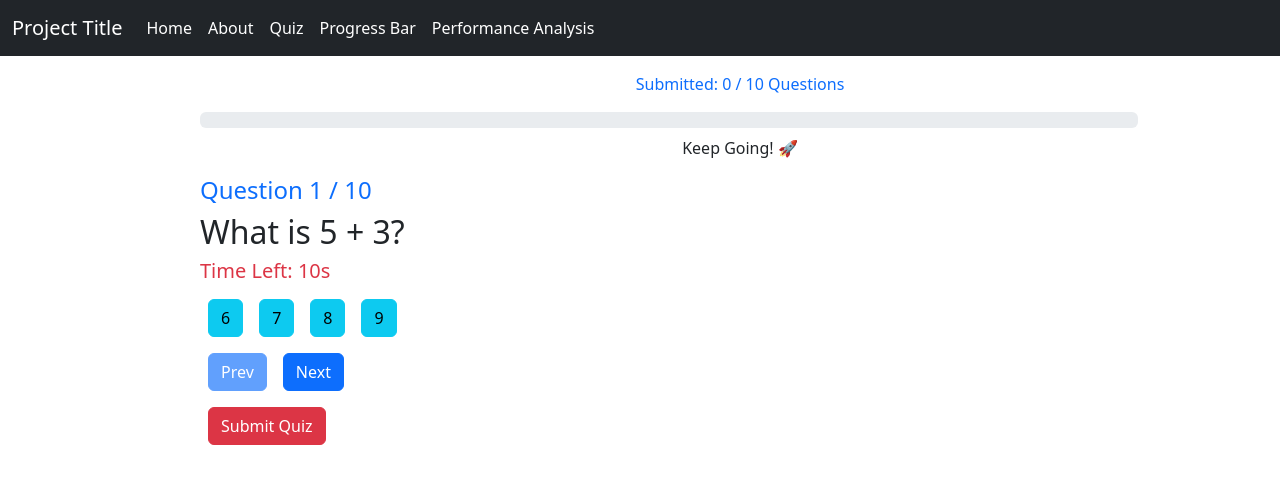
Repository: rahul-chakradhari/devquest
Page: /quiz (app in project/)
The author's editor kept a copy of each file at every save. The page is drawn from the files as they stood at one save, then again after the next save.
The browser window is 1280 px wide. The pictures show the whole page.
The project was rebuilt for these pictures with package versions that can differ from the ones it lists, and the page was loaded fresh each time. Also part of the build but not shown: project/vite.config.js, project/src/components/Home.jsx, project/src/components/About.jsx, project/src/components/PerformanceAnalysis.jsx, project/src/index.css.

Above is the page before, as saved 2025-02-23 16:10:13.

### project/index.html
<!DOCTYPE html>
<html lang="en">
  <head>
    <meta charset="UTF-8" />
    <link rel="icon" type="image/svg+xml" href="/vite.svg" />
    <meta name="viewport" content="width=device-width, initial-scale=1.0" />
    <title>Project</title>
    <link
      href="https://cdn.jsdelivr.net/npm/bootstrap@5.3.3/dist/css/bootstrap.min.css"
      rel="stylesheet"
      integrity="sha384-QWTKZyjpPEjISv5WaRU9OFeRpok6YctnYmDr5pNlyT2bRjXh0JMhjY6hW+ALEwIH"
      crossorigin="anonymous"
    />
  </head>
  <body>
    <div id="root"></div>
    <script type="module" src="/src/main.jsx"></script>
    <script
      src="https://cdn.jsdelivr.net/npm/bootstrap@5.3.3/dist/js/bootstrap.bundle.min.js"
      integrity="sha384-YvpcrYf0tY3lHB60NNkmXc5s9fDVZLESaAA55NDzOxhy9GkcIdslK1eN7N6jIeHz"
      crossorigin="anonymous"
    ></script>
  </body>
</html>

### project/src/App.jsx
import { useState } from "react";
import "./App.css";
import React from "react";
import { BrowserRouter as Router, Routes, Route } from "react-router-dom";
import Navbar from "./components/Navbar";
import Home from "./components/Home";
import About from "./components/About";
import Quiz from "./components/Quiz";
import ProgressBar from "./components/ProgressBar";
import PerformanceAnalysis from "./components/PerformanceAnalysis";

function App() {
  const [count, setCount] = useState(0);

  return (
    <>
      <Router>
        <Navbar />
        <Routes>
          <Route path="/about" element={<About />} />
          <Route path="/" element={<Home />} />
          <Route path="/quiz" element={<Quiz />} />
          <Route path="/bar" element={<ProgressBar />} />
          <Route path="/ana" element={<PerformanceAnalysis />} />
        </Routes>
      </Router>
    </>
  );
}

export default App;

### project/src/App.css
.right {
  width: 900px;
  height: 400px;
}
.stl,
.welcome {
  margin-left: 600px;
}
.left {
  font-size: 12px; /* Overall text size kam hoga */
}

.welcome {
  font-size: 18px; /* Heading ke liye */
}

.stl {
  font-size: 12px; /* Description text ke liye */
}
.welcome {
  margin-top: 2px;
}

.quiz-container {
  margin-left: 200px;
  margin-top: 12px;
}
.about {
  margin-left: 12px;
  margin-top: 12px;
}
.progress {
  margin-right: 142px;
}

### project/src/components/Navbar.jsx
import React from "react";
import { Link, useNavigate } from "react-router-dom";

const Navbar = () => {
  const navigate = useNavigate();
  const isLoggedIn = localStorage.getItem("token"); // Check if token exists

  const handleLogout = () => {
    localStorage.removeItem("token");
    navigate("/login");
  };

  return (
    <div>
      <nav className="navbar navbar-expand-lg navbar-dark bg-dark">
        <div className="container-fluid">
          <a className="navbar-brand" href="#">
            Project Title
          </a>
          <button
            className="navbar-toggler"
            type="button"
            data-bs-toggle="collapse"
            data-bs-target="#navbarSupportedContent"
            aria-controls="navbarSupportedContent"
            aria-expanded="false"
            aria-label="Toggle navigation"
          >
            <span className="navbar-toggler-icon"></span>
          </button>
          <div className="collapse navbar-collapse" id="navbarSupportedContent">
            <ul className="navbar-nav me-auto mb-2 mb-lg-0">
              <li className="nav-item">
                <Link className="nav-link active" aria-current="page" to="/">
                  Home
                </Link>
              </li>
              <li className="nav-item">
                <Link
                  className="nav-link active"
                  aria-current="page"
                  to="/about"
                >
                  About
                </Link>
              </li>
              <li className="nav-item">
                <Link
                  className="nav-link active"
                  aria-current="page"
                  to="/quiz"
                >
                  Quiz
                </Link>
              </li>
              <li className="nav-item">
                <Link className="nav-link active" aria-current="page" to="/bar">
                  Progress Bar
                </Link>
              </li>
              <li className="nav-item">
                <Link className="nav-link active" aria-current="page" to="/ana">
                  Performance Analysis
                </Link>
              </li>
            </ul>
          </div>
        </div>
      </nav>
    </div>
  );
};

export default Navbar;

### project/src/components/Quiz.jsx
import React, { useState, useEffect } from "react";
import ProgressBar from "./ProgressBar";

const questions = [
  { question: "What is 5 + 3?", options: ["6", "7", "8", "9"], answer: "8" },
  { question: "What is 12 - 4?", options: ["6", "7", "8", "9"], answer: "8" },
  {
    question: "Solve: (2 + 3) × 4",
    options: ["20", "10", "25", "30"],
    answer: "20",
  },
  { question: "What is 9 ÷ 3?", options: ["1", "3", "9", "6"], answer: "3" },
  {
    question: "Solve: 15 - (4 + 3)",
    options: ["6", "8", "9", "12"],
    answer: "8",
  },
  {
    question: "What is 7 × 2?",
    options: ["10", "12", "14", "16"],
    answer: "14",
  },
  {
    question: "Solve: (8 + 2) ÷ 2",
    options: ["2", "4", "5", "6"],
    answer: "5",
  },
  {
    question: "What is 4 × 3 - 2?",
    options: ["10", "11", "12", "14"],
    answer: "10",
  },
  { question: "Solve: 6 + 4 ÷ 2", options: ["3", "5", "8", "10"], answer: "8" },
  { question: "What is 3²?", options: ["6", "9", "12", "15"], answer: "9" },
];

const Quiz = () => {
  const [currentQuestion, setCurrentQuestion] = useState(0);
  const [selectedAnswers, setSelectedAnswers] = useState({});
  const [timeLeft, setTimeLeft] = useState(10);
  const [score, setScore] = useState(null);
  const [showFeedback, setShowFeedback] = useState(false);

  useEffect(() => {
    if (timeLeft === 0) {
      handleNext();
      return;
    }
    const timer = setTimeout(() => setTimeLeft(timeLeft - 1), 1000);
    return () => clearTimeout(timer);
  }, [timeLeft]);

  useEffect(() => {
    setTimeLeft(15);
  }, [currentQuestion]);

  const handleNext = () => {
    if (currentQuestion < questions.length - 1) {
      setCurrentQuestion(currentQuestion + 1);
    }
  };

  const handlePrev = () => {
    if (currentQuestion > 0) {
      setCurrentQuestion(currentQuestion - 1);
    }
  };

  const handleAnswerClick = (option) => {
    setSelectedAnswers({
      ...selectedAnswers,
      [currentQuestion]: option,
    });
  };

  const handleSubmit = () => {
    let calculatedScore = 0;
    questions.forEach((q, index) => {
      if (selectedAnswers[index] === q.answer) {
        calculatedScore += 1;
      }
    });

    setScore(calculatedScore);
    setShowFeedback(true);
  };

  const getFeedback = () => {
    if (score >= 8)
      return { message: "🎉 Excellent! Keep it up!", color: "text-success" };
    if (score >= 5)
      return {
        message: "🙂 Average scorer! You can do better!",
        color: "text-warning",
      };
    return {
      message: "😟 Low grade! Please improve yourself.",
      color: "text-danger",
    };
  };

  return (
    <div className="quiz-container">
      {/* Progress Bar Showing Live Updates */}
      <ProgressBar
        answeredQuestions={Object.keys(selectedAnswers).length}
        totalQuestions={questions.length}
      />

      {score === null ? (
        <>
          <h4 className="text-primary">
            Question {currentQuestion + 1} / {questions.length}
          </h4>
          <h2>{questions[currentQuestion].question}</h2>
          <h5 className="text-danger">Time Left: {timeLeft}s</h5>

          <div className="options mt-3">
            {questions[currentQuestion].options.map((option, index) => {
              const isSelected = selectedAnswers[currentQuestion] === option;
              return (
                <button
                  key={index}
                  type="button"
                  className={`btn ${
                    isSelected ? "btn-success" : "btn-info"
                  } mx-2`}
                  onClick={() => handleAnswerClick(option)}
                >
                  {option}
                </button>
              );
            })}
          </div>

          {/* Navigation Buttons */}
          <div className="quiz-controls mt-3">
            <button
              type="button"
              className="btn btn-primary mx-2"
              onClick={handlePrev}
              disabled={currentQuestion === 0}
            >
              Prev
            </button>

            {/* Next Button - Hidden on Last Question */}
            {currentQuestion < questions.length - 1 && (
              <button
                type="button"
                className="btn btn-primary mx-2"
                onClick={handleNext}
              >
                Next
              </button>
            )}
          </div>

          {/* Always Available Submit Button */}
          <div className="submit-section mt-3">
            <button
              type="button"
              className="btn btn-danger mx-2"
              onClick={handleSubmit}
            >
              Submit Quiz
            </button>
          </div>
        </>
      ) : (
        <>
          <h2 className="text-success">Quiz Completed!</h2>
          <h3 className="text-primary">
            Your Score: {score} / {questions.length}
          </h3>
          <h4 className={getFeedback().color}>{getFeedback().message}</h4>

          <div className="feedback mt-3">
            {questions.map((q, index) => (
              <p
                key={index}
                className={`text-${
                  selectedAnswers[index] === q.answer ? "success" : "danger"
                }`}
              >
                {index + 1}. {q.question} -{" "}
                {selectedAnswers[index] === q.answer
                  ? " ✅ Correct"
                  : ` ❌ Incorrect (Correct: ${q.answer})`}
              </p>
            ))}
          </div>

          <button
            type="button"
            className="btn btn-warning mt-3"
            onClick={() => window.location.reload()}
          >
            Restart Quiz
          </button>
        </>
      )}
    </div>
  );
};

export default Quiz;

### project/src/components/ProgressBar.jsx
import React from "react";

const ProgressBar = ({ answeredQuestions, totalQuestions }) => {
  const progressPercentage = (answeredQuestions / totalQuestions) * 100;

  // Dynamic Feedback
  let feedbackMessage = "Keep Going! 🚀";
  if (progressPercentage === 100) {
    feedbackMessage = "🎉 Quiz Completed! Well Done!";
  } else if (progressPercentage >= 50) {
    feedbackMessage = "Halfway There! Keep It Up! 💪";
  }

  return (
    <div className="my-3">
      {/* Progress Info */}
      <p className="text-center text-primary">
        Submitted: {answeredQuestions} / {totalQuestions} Questions
      </p>

      {/* Progress Bar */}
      <div className="progress">
        <div
          className="progress-bar progress-bar-striped bg-success"
          role="progressbar"
          style={{ width: `${progressPercentage}%` }}
          aria-valuenow={progressPercentage}
          aria-valuemin="0"
          aria-valuemax="100"
        >
          {Math.round(progressPercentage)}%
        </div>
      </div>

      {/* Feedback Message */}
      <p className="text-center mt-2 font-weight-bold">{feedbackMessage}</p>
    </div>
  );
};

export default ProgressBar;

Loaded but not shown: project/src/main.jsx (common file)

After the next save:
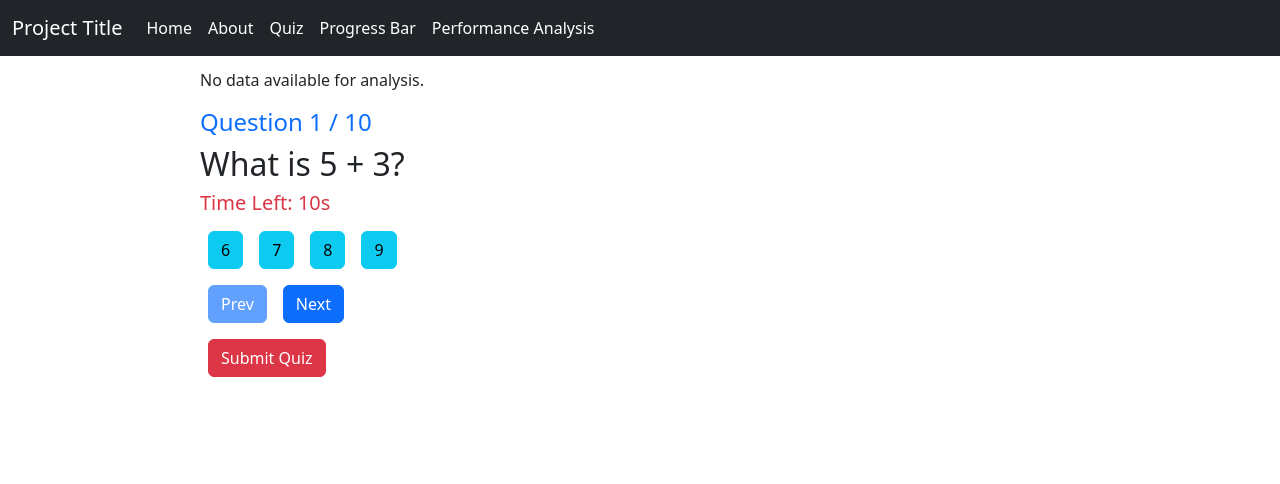
Saved 62 s later.
--- a/project/src/components/ProgressBar.jsx
+++ b/project/src/components/ProgressBar.jsx
@@ -1,41 +1,50 @@
 import React from "react";
 
-const ProgressBar = ({ answeredQuestions, totalQuestions }) => {
-  const progressPercentage = (answeredQuestions / totalQuestions) * 100;
-
-  // Dynamic Feedback
-  let feedbackMessage = "Keep Going! 🚀";
-  if (progressPercentage === 100) {
-    feedbackMessage = "🎉 Quiz Completed! Well Done!";
-  } else if (progressPercentage >= 50) {
-    feedbackMessage = "Halfway There! Keep It Up! 💪";
+const PerformanceAnalysis = ({ questionStats = {} }) => {
+  // Ensure questionStats is not null or undefined
+  if (!questionStats || Object.keys(questionStats).length === 0) {
+    return <p className="text-red-600">No data available for analysis.</p>;
   }
 
+  // Convert questionStats object into an array of [operation, count]
+  const operationCounts = Object.entries(questionStats);
+
+  // Finding max & min attempted operations
+  const maxCount = Math.max(...Object.values(questionStats));
+  const minCount = Math.min(...Object.values(questionStats));
+
+  // Identify strengths (most attempted) and weaknesses (least attempted)
+  const strengths = operationCounts
+    .filter(([_, count]) => count === maxCount)
+    .map(([operation]) => operation);
+
+  const weaknesses = operationCounts
+    .filter(([_, count]) => count === minCount)
+    .map(([operation]) => operation);
+
   return (
-    <div className="my-3">
-      {/* Progress Info */}
-      <p className="text-center text-primary">
-        Submitted: {answeredQuestions} / {totalQuestions} Questions
-      </p>
+    <div className="p-4 bg-white rounded-lg shadow-md">
+      <h2 className="text-xl font-semibold">Final Score Summary</h2>
 
-      {/* Progress Bar */}
-      <div className="progress">
-        <div
-          className="progress-bar progress-bar-striped bg-success"
-          role="progressbar"
-          style={{ width: `${progressPercentage}%` }}
-          aria-valuenow={progressPercentage}
-          aria-valuemin="0"
-          aria-valuemax="100"
-        >
-          {Math.round(progressPercentage)}%
-        </div>
-      </div>
+      <h3 className="mt-4 font-semibold text-green-600">Strengths</h3>
+      <ul>
+        {strengths.length > 0 ? (
+          strengths.map((s, index) => <li key={index}>✅ {s}</li>)
+        ) : (
+          <li>None</li>
+        )}
+      </ul>
 
-      {/* Feedback Message */}
-      <p className="text-center mt-2 font-weight-bold">{feedbackMessage}</p>
+      <h3 className="mt-4 font-semibold text-red-600">Weaknesses</h3>
+      <ul>
+        {weaknesses.length > 0 ? (
+          weaknesses.map((w, index) => <li key={index}>❌ {w}</li>)
+        ) : (
+          <li>None</li>
+        )}
+      </ul>
     </div>
   );
 };
 
-export default ProgressBar;
+export default PerformanceAnalysis;
